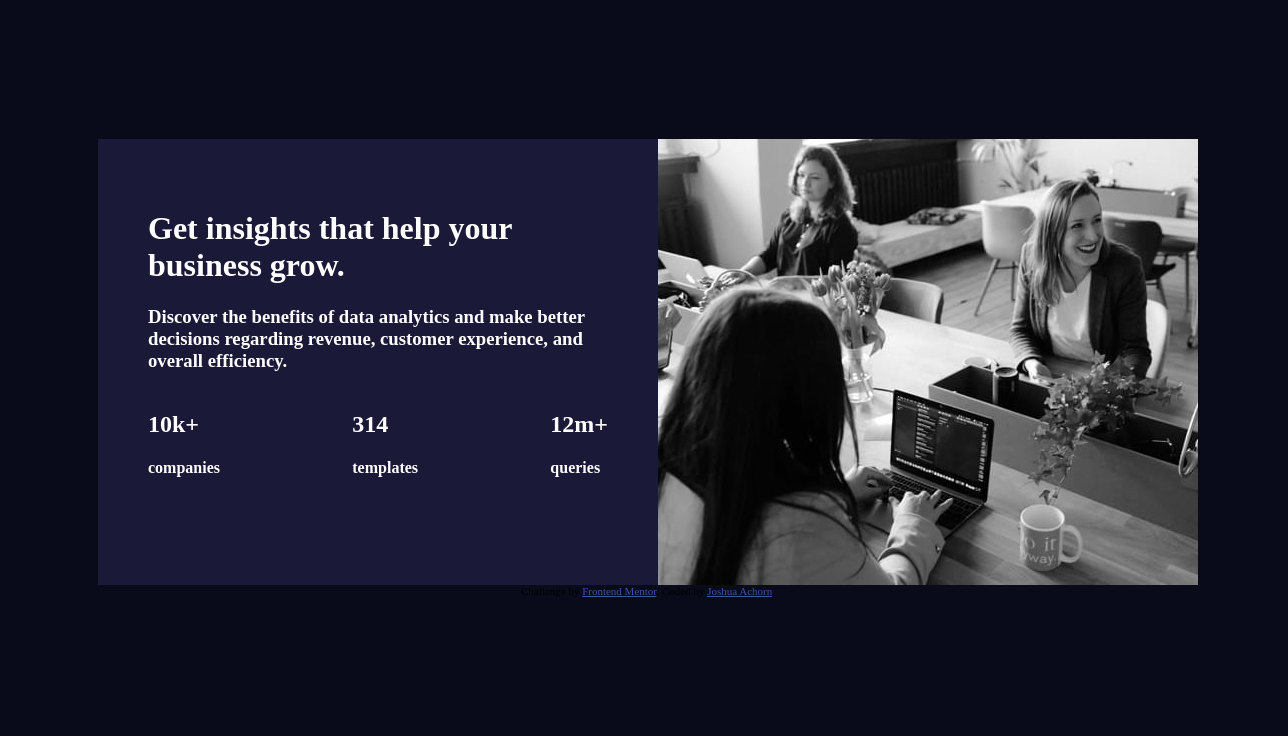
Repository: Achorn/stats-preview-card
Page: index.html
These files come from the project's save history. The page is drawn as it stood at one moment and after the next save; the edit follows.
The browser window is 1280 px wide. The page is 1288 px wide, so the pictures cover 1288 px, including what lies to the right of the window. The pictures show the whole page.

Above is the page before, as saved 2021-06-16 17:35:23.

After the next save:
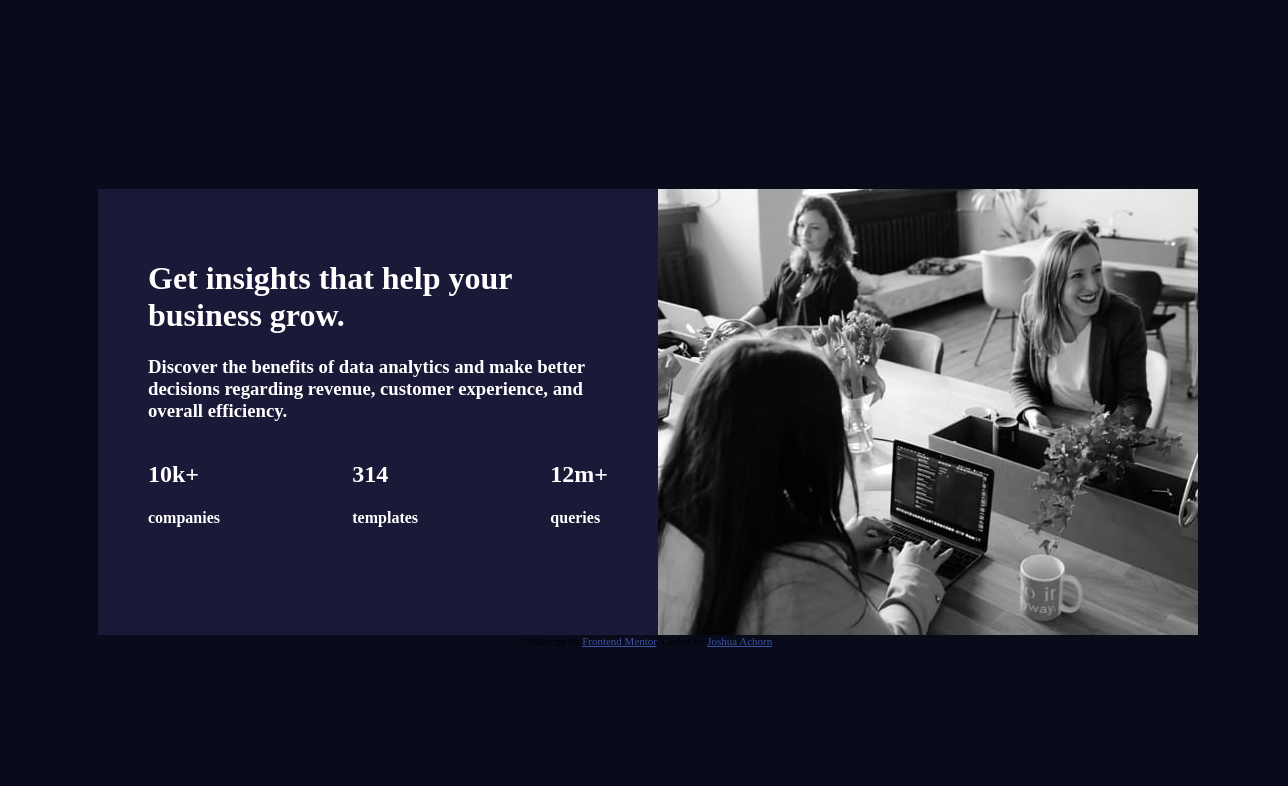
Saved 58 s later.
--- a/styles.css
+++ b/styles.css
@@ -1,4 +1,5 @@
 body {
+  padding-top: 50px;
   width: 100%;
   /* background-color: white; */
   background-color: hsl(233, 47%, 7%);
